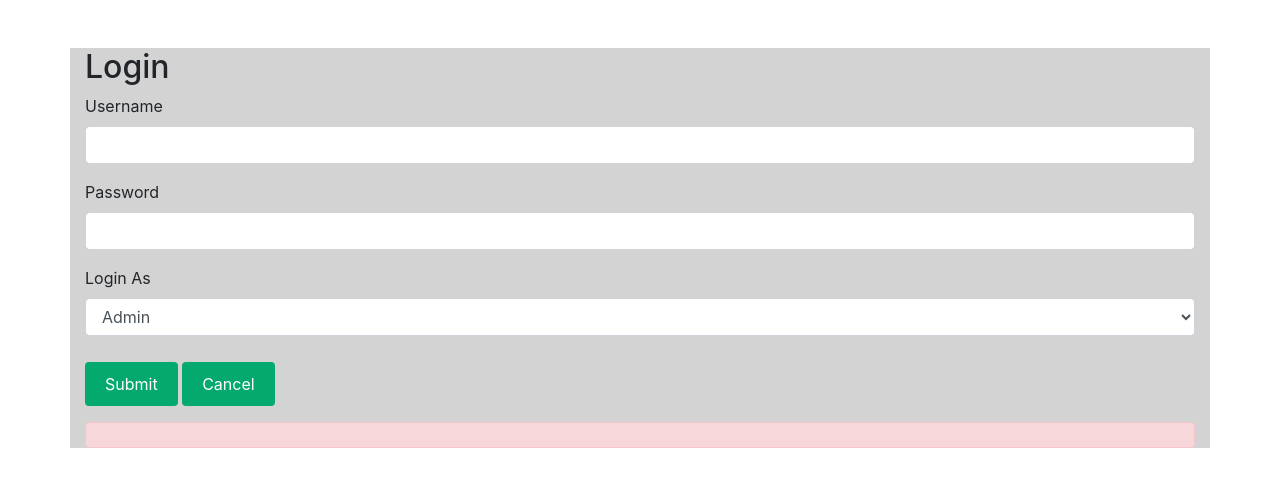
Repository: SuyashAwasthy/Javaee
Page: http://localhost/13-bank-application-mvc/login.jsp
These files come from the project's save history. The page is drawn as it stood at one moment and after the next save; the edit follows.
The browser window is 1280 px wide. The pictures show the whole page.
The page is served by Tomcat 9. Other server files are loaded and not shown.

Above is the page before, as saved 2024-07-22 11:45:48.

### 13-bank-application-mvc/WebContent/login.jsp
<%@ page language="java" contentType="text/html; charset=UTF-8"
	pageEncoding="UTF-8"%>
<!DOCTYPE html>
<html>
<head>
<title>Login</title>
<link rel="stylesheet" href="css/styles.css">
<link rel="stylesheet"
	href="https://maxcdn.bootstrapcdn.com/bootstrap/4.0.0/css/bootstrap.min.css">

<style>

</style>

</head>
<body>
	<div class="container">
		<h2 class="mt-5">Login</h2>
		<form action="login" method="post">
			<div class="form-group">
				<label for="username">Username</label> <input type="text"
					class="form-control" id="username" name="username" required>
			</div>
			<div class="form-group">
				<label for="password">Password</label> <input type="password"
					class="form-control" id="password" name="password" required>
			</div>
			<div class="form-group">
				<label for="role">Login As</label> <select class="form-control"
					id="role" name="role" required>
					<option value="admin">Admin</option>
					<option value="customer">Customer</option>
				</select>
			</div>
			<button type="submit" class="button">Submit</button>
			<button type="reset" class="button">Cancel</button>
			<c:if test="${not empty errorMessage}">
            <div class="alert alert-danger mt-3">
                ${errorMessage}
            </div>
        </c:if>
		</form>
	</div>
</body>
</html>

### 13-bank-application-mvc/WebContent/css/styles.css
body {
    background-color: #E5E4E2;
}


.container {
    background-color: #D3D3D3;
}

.button {
	margin-top: 10px;
  	padding: 10px 20px;
    background-color: #04AA6D;
    color: white;
    border: none;
    border-radius: 4px;
    font-size: 16px;
    cursor: pointer;
    transition: background-color 0.3s ease;

}

.button:hover {
    background-color: #45a049;
}

.date-form {
    margin-bottom: 20px;
    justify-content: center;
    align-items: center;
    display: flex;
}

.date-form label {
    margin-right: 10px;
    font-weight: bold;
    color: #333;
}

.date-form input[type="date"] {
    margin-right: 10px;
    padding: 5px;
    border-radius: 4px;
    border: 1px solid #ccc;
}

.date-form .btn {
    padding: 10px 20px;
    background-color: #04AA6D;
    color: white;
    border: none;
    border-radius: 4px;
    font-size: 16px;
    cursor: pointer;
    transition: background-color 0.3s ease;
}

.date-form .btn:hover {
    background-color: #45a049;
}

.search-form {
    margin-bottom: 20px;
    display: flex;
    justify-content: center;
    align-items: center;
}

.search-form label {
    margin-right: 10px;
    font-weight: bold;
    color: #333;
}

.search-form select,
.search-form input[type="text"] {
    margin-right: 10px;
    padding: 5px;
    border-radius: 4px;
    border: 1px solid #ccc;
    font-size: 14px;
    width: 200px;
}

.search-form .btn {
    padding: 10px 20px;
    background-color: #04AA6D;
    color: white;
    border: none;
    border-radius: 4px;
    font-size: 16px;
    cursor: pointer;
    transition: background-color 0.3s ease;
}

.search-form .btn:hover {
    background-color: #45a049;
}

After the next save:
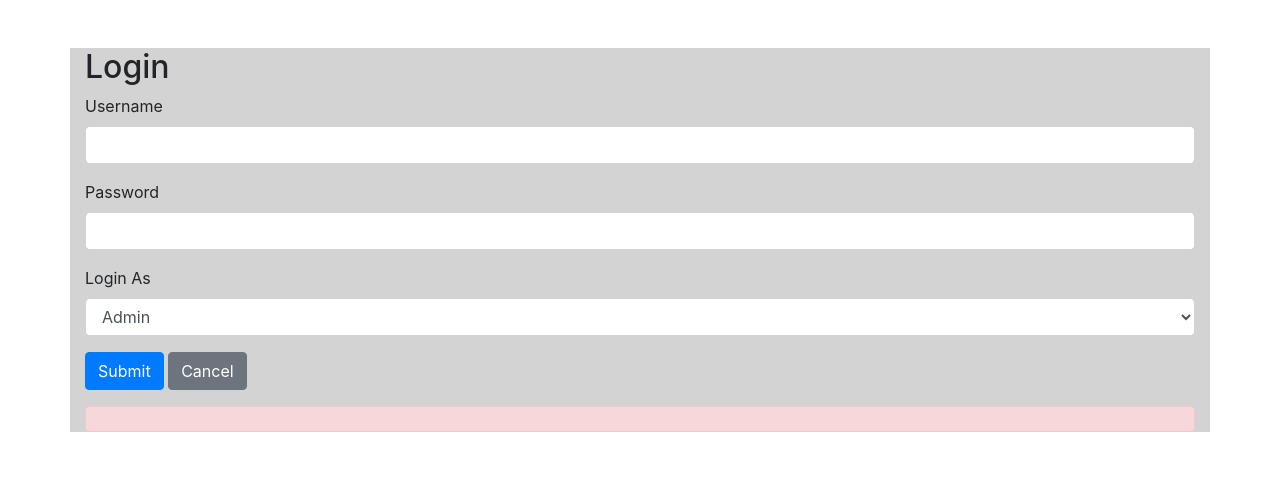
Saved 18 s later.
--- a/13-bank-application-mvc/WebContent/login.jsp
+++ b/13-bank-application-mvc/WebContent/login.jsp
@@ -32,8 +32,8 @@
 					<option value="customer">Customer</option>
 				</select>
 			</div>
-			<button type="submit" class="button">Submit</button>
-			<button type="reset" class="button">Cancel</button>
+			<button type="submit" class="btn btn-primary">Submit</button>
+			<button type="reset" class="btn btn-secondary">Cancel</button>
 			<c:if test="${not empty errorMessage}">
             <div class="alert alert-danger mt-3">
                 ${errorMessage}
